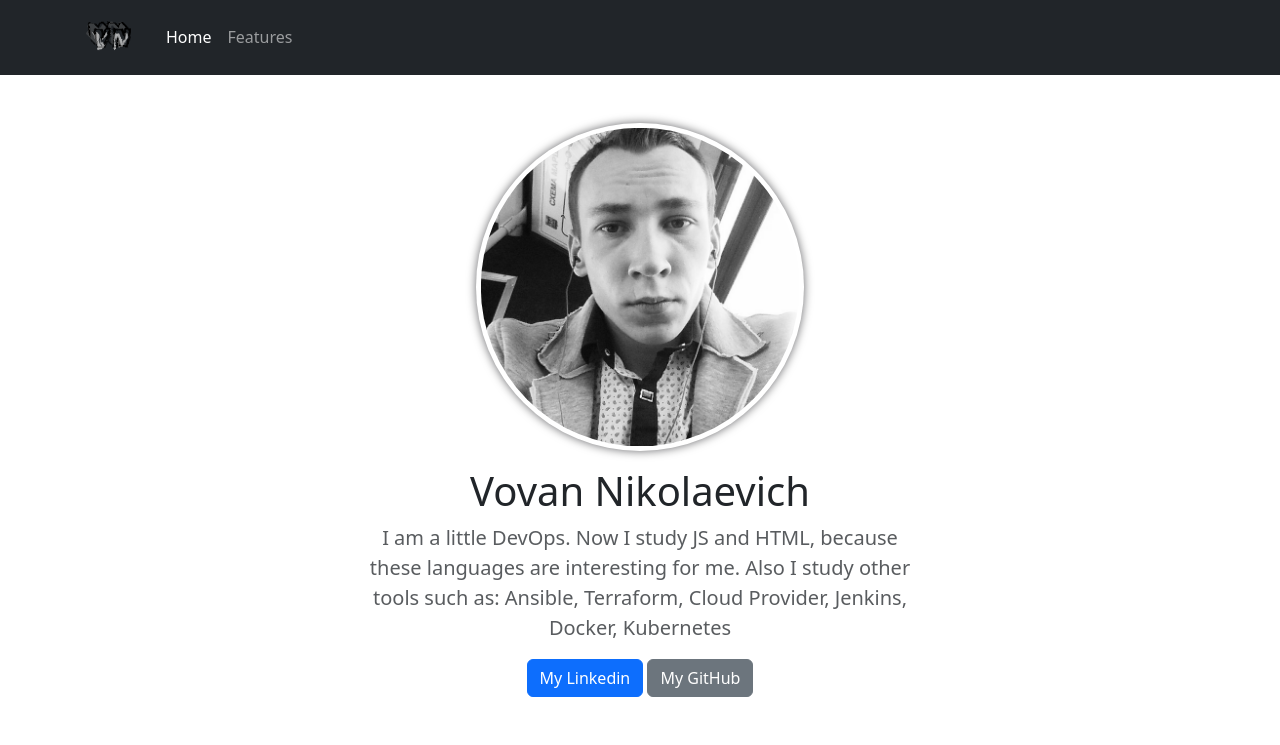
Repository: vovanbl411/mini-web-site
Page: index.html
The author's editor kept a copy of each file at every save. The page is drawn from the files as they stood at one save, then again after the next save.
The browser window is 1280 px wide. The pictures show the whole page.

Above is the page before, as saved 2023-01-22 01:40:36.

### index.html
<!DOCTYPE html>
<html lang="en">
  <head>
    <meta charset="UTF-8" />
    <meta name="viewport" content="width=device-width, initial-scale=1.0" />
    <title>My page</title>
    <link
      href="https://cdn.jsdelivr.net/npm/bootstrap@5.3.0-alpha1/dist/css/bootstrap.min.css"
      rel="stylesheet"
      integrity="sha384-GLhlTQ8iRABdZLl6O3oVMWSktQOp6b7In1Zl3/Jr59b6EGGoI1aFkw7cmDA6j6gD"
      crossorigin="anonymous"
    />
    <script
      src="https://cdn.jsdelivr.net/npm/bootstrap@5.3.0-alpha1/dist/js/bootstrap.bundle.min.js"
      integrity="sha384-w76AqPfDkMBDXo30jS1Sgez6pr3x5MlQ1ZAGC+nuZB+EYdgRZgiwxhTBTkF7CXvN"
      crossorigin="anonymous"
    ></script>
    <style>
      .rounded-img {
        width: 60%;
        border-radius: 50%;
        box-shadow: 0 0 10px rgba(0, 0, 7, 0.6);
        padding: 0.3em;
        margin-bottom: 1em;
      }
    </style>
  </head>
  <body>
    <nav class="navbar navbar-expand-lg navbar-dark bg-dark">
      <div class="container">
        <a class="navbar-brand" href="/">
          <img src="VN(1).png" alt="Vovan Nikolaevich" width="60" />
        </a>
        <button
          class="navbar-toggler"
          data-bs-theme="dark"
          type="button"
          data-bs-toggle="collapse"
          data-bs-target="#navbarNav"
          aria-controls="navbarNav"
          aria-expanded="false"
          aria-label="Toggle navigation"
        >
          <span class="navbar-toggler-icon"></span>
        </button>
        <div class="collapse navbar-collapse" id="navbarNav">
          <ul class="navbar-nav">
            <li class="nav-item">
              <a class="nav-link active" aria-current="page" href="#">Home</a>
            </li>
            <li class="nav-item">
              <a class="nav-link" href="#">Features</a>
            </li>
          </ul>
        </div>
      </div>
    </nav>
    <div class="container text-center my-5">
      <div class="row">
        <div class="col-lg-6 col-md-8 mx-auto">
          <img
            class="rounded-img"
            src="Screenshot.png"
            alt="Vovan Nikolaevich"
          />
          <h1 class="fw-light">Vovan Nikolaevich</h1>
          <p class="lead text-muted">
            I am a little DevOps. Now I study JS and HTML, because these
            languages are interesting for me. Also I study other tools such as:
            Ansible, Terraform, Cloud Provider, Jenkins, Docker, Kubernetes
          </p>
          <a
            href="https://www.linkedin.com/in/vovan-nikolaevich/"
            target="_blank"
            class="btn btn-primary"
          >
            My Linkedin
          </a>
          <a
            href="https://github.com/vovanbl411"
            target="_blank"
            class="btn btn-secondary"
          >
            My GitHub
          </a>
        </div>
      </div>
    </div>
  </body>
</html>

After the next save:
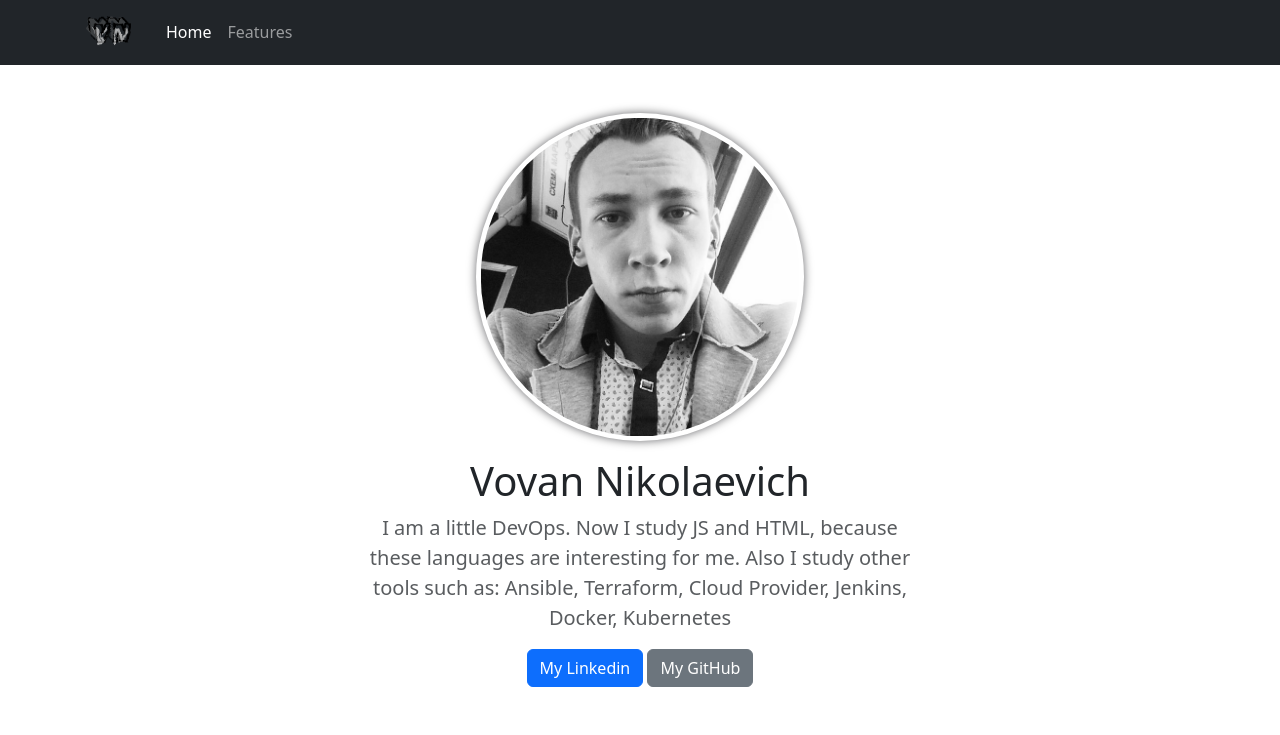
Saved 2 min 21 s later.
--- a/index.html
+++ b/index.html
@@ -28,7 +28,7 @@
   <body>
     <nav class="navbar navbar-expand-lg navbar-dark bg-dark">
       <div class="container">
-        <a class="navbar-brand" href="/">
+        <a class="navbar-brand p-0" href="/">
           <img src="VN(1).png" alt="Vovan Nikolaevich" width="60" />
         </a>
         <button
